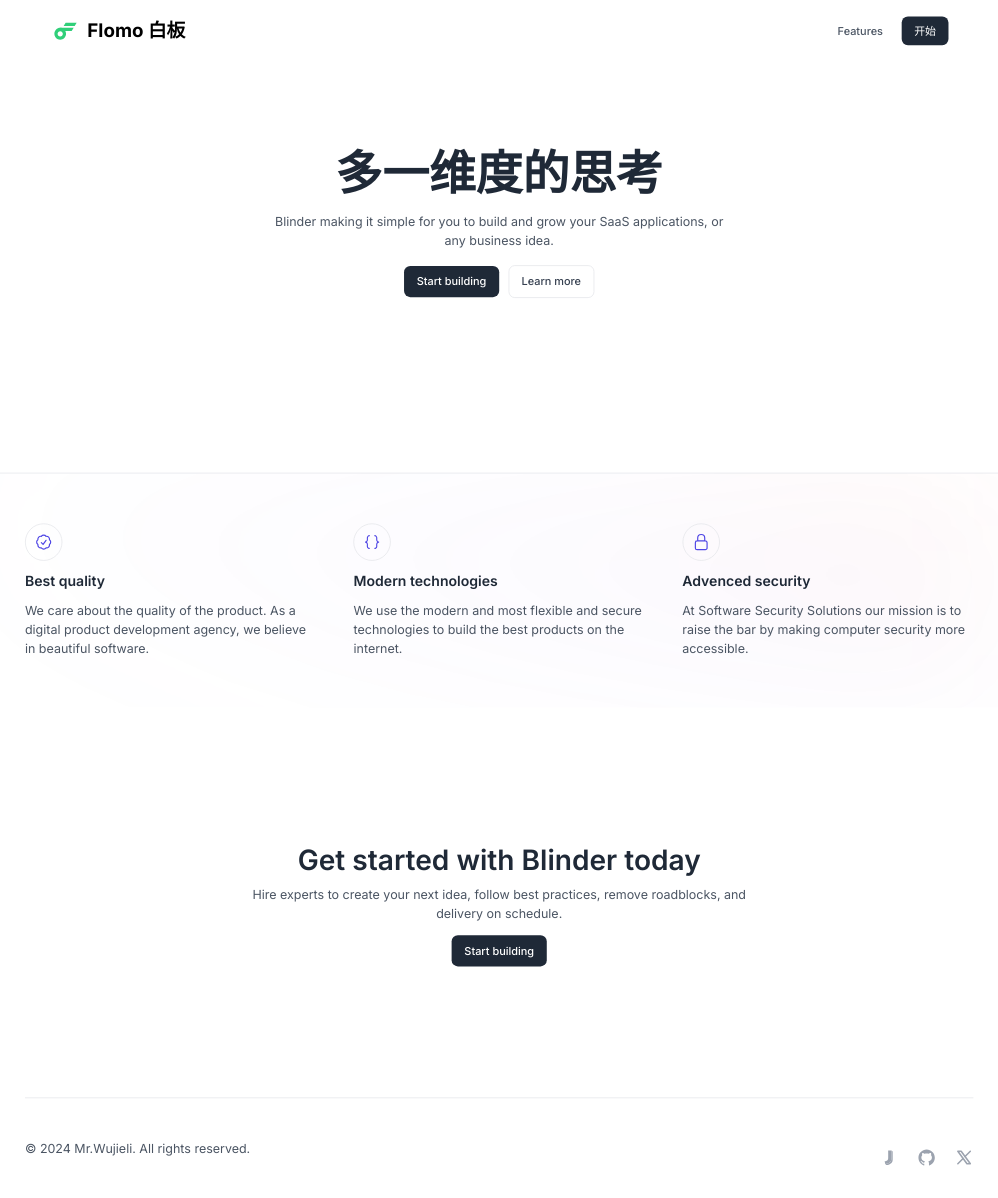
Repository: wujieli0207/flomo-board
Page: /
The author's editor kept a copy of each file at every save. The page is drawn from the files as they stood at one save, then again after the next save.
The browser window is 1280 px wide. The pictures show the whole page, at 78% of full size.
The project was rebuilt for these pictures with package versions that can differ from the ones it lists, and the page was loaded fresh each time. The framework's server and built-in components were replaced by stand-ins that run in the browser. Also part of the build but not shown: next.config.mjs.

Above is the page before, as saved 2024-06-22 20:14:20.

After the next save:
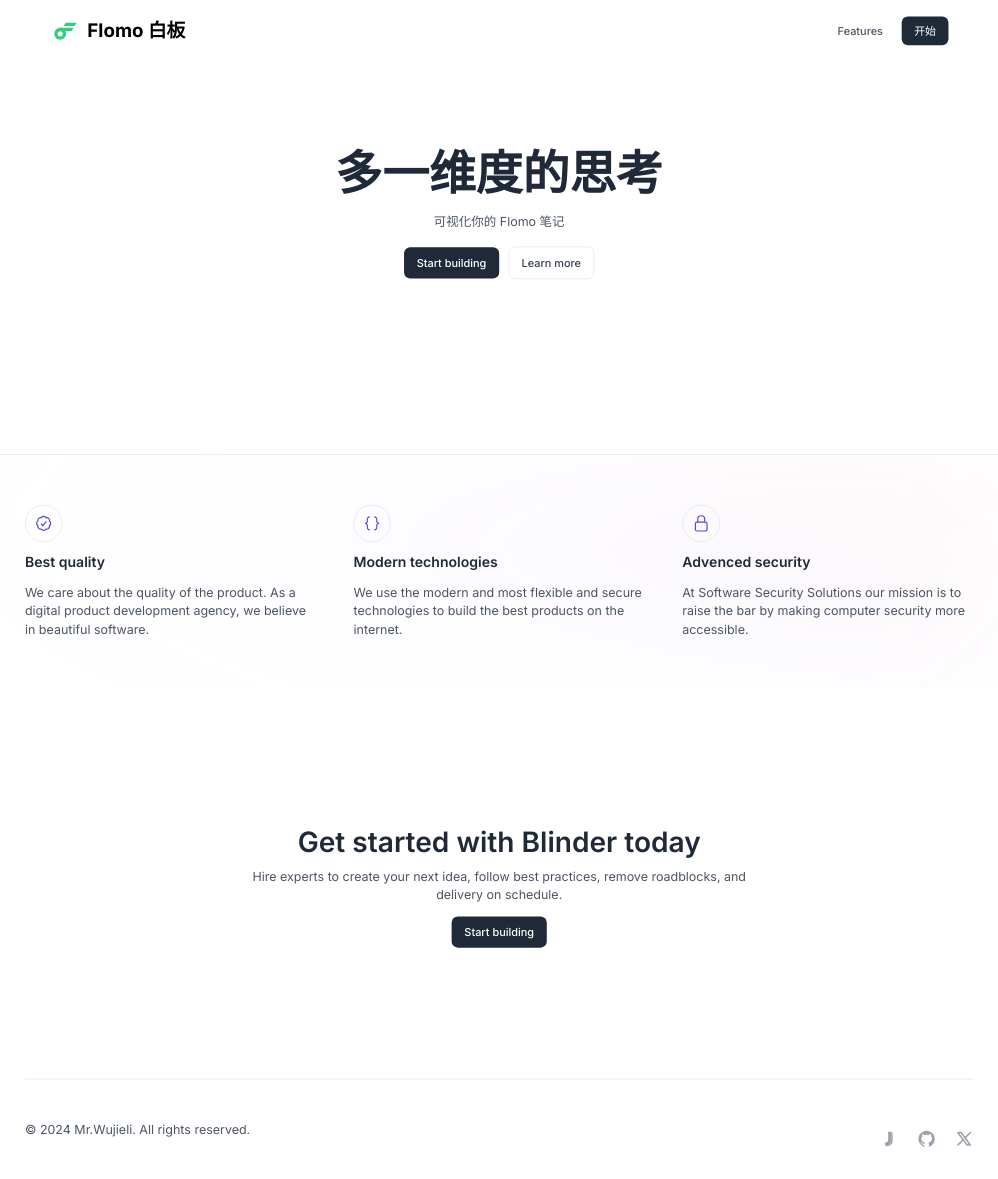
Saved 4 s later.
--- a/components/ui/Hero/index.tsx
+++ b/components/ui/Hero/index.tsx
@@ -7,10 +7,7 @@
         <h1 className="text-4xl text-gray-800 font-extrabold mx-auto sm:text-6xl">
           多一维度的思考
         </h1>
-        <p className="max-w-xl mx-auto">
-          Blinder making it simple for you to build and grow your SaaS
-          applications, or any business idea.
-        </p>
+        <p className="max-w-xl mx-auto">可视化你的 Flomo 笔记</p>
         <div className="flex items-center justify-center gap-x-3 font-medium text-sm">
           <NavLink
             href="/get-started"
